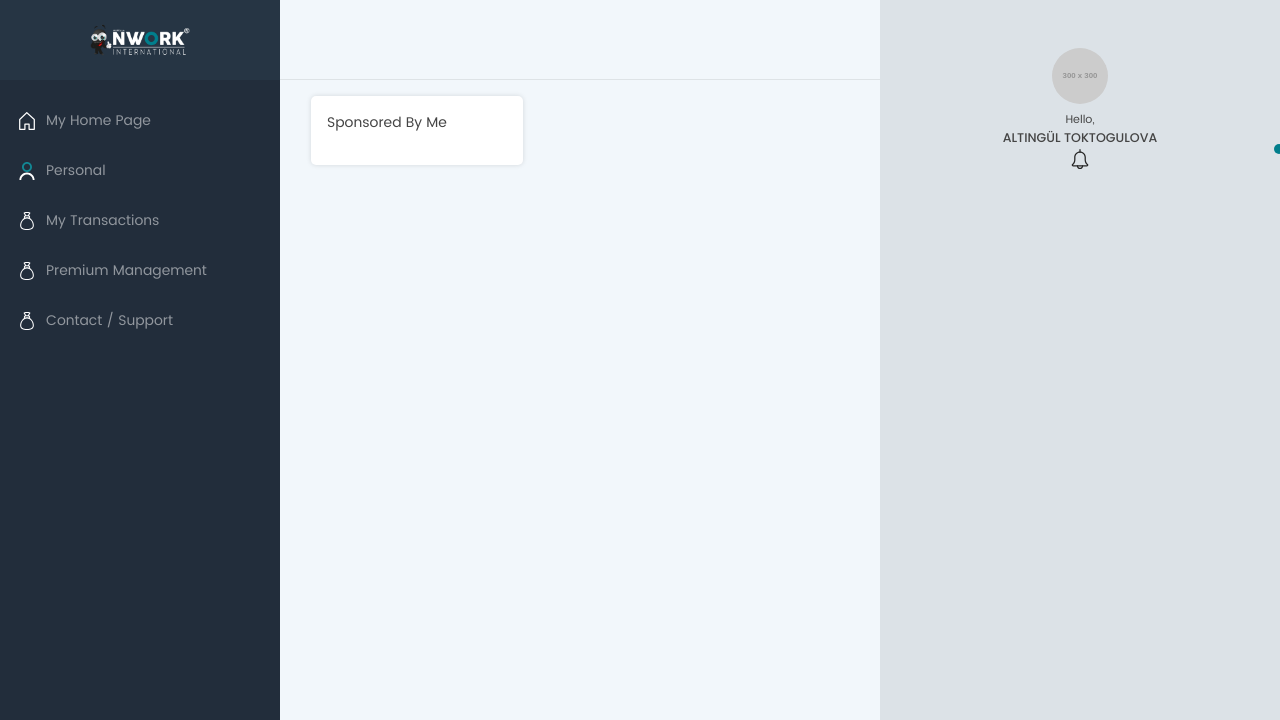
Repository: KayahanKahriman/nwork-admin
Page: index.html
These files come from the project's save history. The page is drawn as it stood at one moment and after the next save; the edit follows.
The browser window is 1280 px wide. The pictures show the whole page.
Some web fonts or font styles are not loaded; a fallback is used. The style sheet was rebuilt from its Sass, Less or Tailwind sources for each picture, by a compiler version that may differ from the author's.

Above is the page before, as saved 2021-06-09 16:12:20.

### index.html
<!doctype html>
<html>

<head>
    <meta name="viewport" content="width=device-width, initial-scale=1, maximum-scale=1, user-scalable=no">
    <meta charset="utf-8" />
    <title>Başlık</title>
    <link rel="preconnect" href="https://fonts.gstatic.com">
    <link href="https://fonts.googleapis.com/css2?family=Poppins:wght@300;400;600;800&display=swap" rel="stylesheet">
    <link href="assets/css/style.css" type="text/css" rel="stylesheet" />
</head>

<body>
    <header class="d-flex align-items-center">
        <div id="header-left" class="text-center p-3 d-flex align-items-center justify-content-center">
            <a href="#">
                <img width="100" src="./assets/images/logo-white.png" alt="">
            </a>
        </div>
        <div id="header-right" class="p-3 d-flex align-items-center justify-content-end">

        </div>
    </header>
    <aside>
        <div id="accordion-menu">
            <div class="accordion-item mb-4">
                <div class="accordion-title">
                    <svg class="accordion-icon" viewBox="0 0 512 512">
                        <path d="M475.425,200.225L262.092,4.669c-6.951-6.359-17.641-6.204-24.397,0.35L36.213,200.574 c-3.449,3.348-5.399,7.953-5.399,12.758v280.889c0,9.819,7.958,17.778,17.778,17.778h148.148c9.819,0,17.778-7.959,17.778-17.778    v-130.37h82.963v130.37c0,9.819,7.958,17.778,17.778,17.778h148.148c9.819,0,17.778-7.953,17.778-17.778V213.333    C481.185,208.349,479.099,203.597,475.425,200.225z M445.629,476.444H333.037v-130.37c0-9.819-7.959-17.778-17.778-17.778H196.741    c-9.819,0-17.778,7.959-17.778,17.778v130.37H66.37V220.853L250.424,42.216l195.206,178.939V476.444z" style="fill: rgb(255, 255, 255);"></path>
                    </svg>
                    <a href="#">My Home Page</a>
                </div>
            </div>
            <div class="accordion-item mb-4">
                <div class="accordion-title">
                    <svg class="accordion-icon" viewBox="0 0 19.738 19.738">
                        <path fill="#ffffff" d="M18.18,19.738h-2c0-3.374-2.83-6.118-6.311-6.118s-6.31,2.745-6.31,6.118h-2   c0-4.478,3.729-8.118,8.311-8.118C14.451,11.62,18.18,15.26,18.18,19.738z"></path>
                        <path fill="#128794" d="M9.87,10.97c-3.023,0-5.484-2.462-5.484-5.485C4.385,2.461,6.846,0,9.87,0   c3.025,0,5.486,2.46,5.486,5.485S12.895,10.97,9.87,10.97z M9.87,2C7.948,2,6.385,3.563,6.385,5.485S7.948,8.97,9.87,8.97   c1.923,0,3.486-1.563,3.486-3.485S11.791,2,9.87,2z"></path>
                    </svg>
                    Personal
                </div>
                <ul class="accordion-ul list-unstyled mb-0">
                    <li><a href="#">Info Update and Acquittal Form</a></li>
                    <li><a href="#">My Current Movements</a></li>
                    <li><a href="#">My Bank Info</a></li>
                    <li><a href="#">Membership Info</a></li>
                    <li><a href="#">Change Password</a></li>
                </ul>
            </div>
            <div class="accordion-item mb-4">
                <div class="accordion-title">
                    <svg class="accordion-icon" viewBox="0 0 512 512">
                        <path d="M394.919,225.259c-17.828-21.933-38.208-39.407-60.58-51.973c3.664-4.335,6.555-9.418,8.422-15.083    c7.326-22.309-3.375-48.809-30.688-57.442l38.289-66.765c4.831-8.426,0.491-19.158-8.824-21.866C313.854,4.081,285.076,0,256,0    s-57.854,4.081-85.538,12.13c-9.326,2.711-13.649,13.45-8.824,21.866l38.289,66.766c-27.205,8.589-38.041,35.05-30.684,57.453    c1.861,5.65,4.751,10.73,8.426,15.067c-22.375,12.566-42.757,30.042-60.587,51.977C81.441,269.106,61,324.413,61,377    c0,109.091,87.047,135,195,135c108.029,0,195-25.953,195-135C451,324.413,430.559,269.106,394.919,225.259z M197.496,36.218    C216.633,32.087,236.238,30,256,30c19.762,0,39.367,2.087,58.504,6.218L281.471,93.82c-16.919-2.362-34.018-2.361-50.941,0.001    L197.496,36.218z M207.296,129.896c25.815-8.468,52.823-10.073,79.08-4.824c0.031,0.006,0.063,0.012,0.094,0.018    c6.12,1.228,12.199,2.826,18.213,4.799c7.861,2.591,12.157,11.094,9.58,18.941c-1.873,5.683-6.818,9.597-12.635,10.231    C286.672,154.378,271.417,152,256,152c-15.386,0-30.611,2.368-45.538,7.032c-5.907-0.608-10.864-4.55-12.721-10.188    C195.16,140.983,199.456,132.479,207.296,129.896z M256,482.2c-117.196,0-165-30.62-165-105.2    c0-45.142,18.453-94.793,49.36-132.818C172.955,204.083,214.023,182,256,182c46.206,0,86.621,26.482,115.64,62.182    C402.547,282.207,421,331.858,421,377C421,451.58,373.196,482.2,256,482.2z" style="fill: rgb(255, 255, 255);"></path>
                    </svg>
                    My Transactions
                </div>
                <ul class="accordion-ul list-unstyled mb-0">
                    <li><a href="#">My Cart</a></li>
                    <li><a href="#">Orders</a></li>
                    <li><a href="#">Invoices</a></li>
                    <li><a href="#">Credit Card Capture</a></li>
                    <li><a href="#">Payment Notification</a></li>
                </ul>
            </div>
            <div class="accordion-item mb-4">
                <div class="accordion-title">
                    <svg class="accordion-icon" viewBox="0 0 512 512">
                        <path d="M394.919,225.259c-17.828-21.933-38.208-39.407-60.58-51.973c3.664-4.335,6.555-9.418,8.422-15.083    c7.326-22.309-3.375-48.809-30.688-57.442l38.289-66.765c4.831-8.426,0.491-19.158-8.824-21.866C313.854,4.081,285.076,0,256,0    s-57.854,4.081-85.538,12.13c-9.326,2.711-13.649,13.45-8.824,21.866l38.289,66.766c-27.205,8.589-38.041,35.05-30.684,57.453    c1.861,5.65,4.751,10.73,8.426,15.067c-22.375,12.566-42.757,30.042-60.587,51.977C81.441,269.106,61,324.413,61,377    c0,109.091,87.047,135,195,135c108.029,0,195-25.953,195-135C451,324.413,430.559,269.106,394.919,225.259z M197.496,36.218    C216.633,32.087,236.238,30,256,30c19.762,0,39.367,2.087,58.504,6.218L281.471,93.82c-16.919-2.362-34.018-2.361-50.941,0.001    L197.496,36.218z M207.296,129.896c25.815-8.468,52.823-10.073,79.08-4.824c0.031,0.006,0.063,0.012,0.094,0.018    c6.12,1.228,12.199,2.826,18.213,4.799c7.861,2.591,12.157,11.094,9.58,18.941c-1.873,5.683-6.818,9.597-12.635,10.231    C286.672,154.378,271.417,152,256,152c-15.386,0-30.611,2.368-45.538,7.032c-5.907-0.608-10.864-4.55-12.721-10.188    C195.16,140.983,199.456,132.479,207.296,129.896z M256,482.2c-117.196,0-165-30.62-165-105.2    c0-45.142,18.453-94.793,49.36-132.818C172.955,204.083,214.023,182,256,182c46.206,0,86.621,26.482,115.64,62.182    C402.547,282.207,421,331.858,421,377C421,451.58,373.196,482.2,256,482.2z" style="fill: rgb(255, 255, 255);"></path>
                    </svg>
                    Premium Management
                </div>
                <ul class="accordion-ul list-unstyled mb-0">
                    <li><a href="#">My Orders</a></li>
                    <li><a href="#">My Premiums</a></li>
                    <li><a href="#">My Clients</a></li>
                    <li><a href="#">Binary Tree</a></li>
                    <li><a href="#">Reference Tree</a></li>
                    <li><a href="#">Binary Turnover Movements</a></li>
                    <li><a href="#">Premium Reference</a></li>
                </ul>
            </div>
            <div class="accordion-item mb-4">
                <div class="accordion-title">
                    <svg class="accordion-icon" viewBox="0 0 512 512">
                        <path d="M394.919,225.259c-17.828-21.933-38.208-39.407-60.58-51.973c3.664-4.335,6.555-9.418,8.422-15.083    c7.326-22.309-3.375-48.809-30.688-57.442l38.289-66.765c4.831-8.426,0.491-19.158-8.824-21.866C313.854,4.081,285.076,0,256,0    s-57.854,4.081-85.538,12.13c-9.326,2.711-13.649,13.45-8.824,21.866l38.289,66.766c-27.205,8.589-38.041,35.05-30.684,57.453    c1.861,5.65,4.751,10.73,8.426,15.067c-22.375,12.566-42.757,30.042-60.587,51.977C81.441,269.106,61,324.413,61,377    c0,109.091,87.047,135,195,135c108.029,0,195-25.953,195-135C451,324.413,430.559,269.106,394.919,225.259z M197.496,36.218    C216.633,32.087,236.238,30,256,30c19.762,0,39.367,2.087,58.504,6.218L281.471,93.82c-16.919-2.362-34.018-2.361-50.941,0.001    L197.496,36.218z M207.296,129.896c25.815-8.468,52.823-10.073,79.08-4.824c0.031,0.006,0.063,0.012,0.094,0.018    c6.12,1.228,12.199,2.826,18.213,4.799c7.861,2.591,12.157,11.094,9.58,18.941c-1.873,5.683-6.818,9.597-12.635,10.231    C286.672,154.378,271.417,152,256,152c-15.386,0-30.611,2.368-45.538,7.032c-5.907-0.608-10.864-4.55-12.721-10.188    C195.16,140.983,199.456,132.479,207.296,129.896z M256,482.2c-117.196,0-165-30.62-165-105.2    c0-45.142,18.453-94.793,49.36-132.818C172.955,204.083,214.023,182,256,182c46.206,0,86.621,26.482,115.64,62.182    C402.547,282.207,421,331.858,421,377C421,451.58,373.196,482.2,256,482.2z" style="fill: rgb(255, 255, 255);"></path>
                    </svg>
                    Contact / Support
                </div>
                <ul class="accordion-ul list-unstyled mb-0">
                    <li><a href="#">Documents</a></li>
                </ul>
            </div>
        </div>
    </aside>
    <main class="p-3">
        <div class="container-fluid">
            <div class="row">
                <div class="col-3">
                    <div class="white-box shadow-box p-3">
                        <p>Sponsored By Me</p>
                    </div>
                </div>
            </div>
        </div>
    </main>
    <section id="user-aside" class="text-center py-5">
        <div id="user-image">
            <img src="//via.placeholder.com/300x300" alt="">
        </div>

        <div id="user" class="mt-2">
            <span>Hello,</span>
            <p class="mb-0">altıngül toktogulova</p>
        </div>

        <div id="icons">
            <div id="notification" class="has-notification">
                <a href="#">
                    <svg fill="#242424" width="20" height="20" viewBox="-43 0 512 512">
                        <path d="m213.332031 512c-44.117187 0-80-35.882812-80-80 0-8.832031 7.167969-16 16-16s16 7.167969 16 16c0 26.476562 21.527344 48 48 48 26.476563 0 48-21.523438 48-48 0-8.832031 7.167969-16 16-16s16 7.167969 16 16c0 44.117188-35.882812 80-80 80zm0 0"></path>
                        <path d="m389.332031 448h-352c-20.585937 0-37.332031-16.746094-37.332031-37.332031 0-10.925781 4.757812-21.269531 13.054688-28.375 32.449218-27.414063 50.945312-67.261719 50.945312-109.480469v-59.480469c0-82.34375 66.988281-149.332031 149.332031-149.332031 82.347657 0 149.335938 66.988281 149.335938 149.332031v59.480469c0 42.21875 18.496093 82.066406 50.730469 109.332031 8.511718 7.253907 13.269531 17.597657 13.269531 28.523438 0 20.585937-16.746094 37.332031-37.335938 37.332031zm-176-352c-64.703125 0-117.332031 52.628906-117.332031 117.332031v59.480469c0 51.644531-22.632812 100.414062-62.078125 133.757812-.75.640626-1.921875 1.964844-1.921875 4.097657 0 2.898437 2.433594 5.332031 5.332031 5.332031h352c2.902344 0 5.335938-2.433594 5.335938-5.332031 0-2.132813-1.175781-3.457031-1.878907-4.054688-39.488281-33.386719-62.121093-82.15625-62.121093-133.800781v-59.480469c0-64.703125-52.628907-117.332031-117.335938-117.332031zm0 0"></path>
                        <path d="m213.332031 96c-8.832031 0-16-7.167969-16-16v-64c0-8.832031 7.167969-16 16-16s16 7.167969 16 16v64c0 8.832031-7.167969 16-16 16zm0 0"></path>
                    </svg>
                    <i></i>
                </a>
            </div>
        </div>
    </section>
    <script type="text/javascript" src="assets/js/index.js"></script>
    <script type="text/javascript" src="assets/js/accordion.js"></script>
</body>

</html>

### assets/scss/style.scss
@import "main";

main {
  margin-left: var(--aside-width);
}

.white-box {
  background: white;
  border-radius: 5px;
  position: relative;
}

.shadow-box {
  box-shadow: 0 0 5px #00000020;
}

.box-title {
  font-weight: normal;
}

/*------------------------------------*\
    RESPONSIVE
\*------------------------------------*/

@media only screen and (min-width: 320px) {
}

@media only screen and (min-width: 480px) {
}

@media only screen and (min-width: 768px) {
}

@media only screen and (min-width: 1024px) {
}

@media only screen and (min-width: 1140px) {
}

@media only screen and (min-width: 1280px) {
}

@media only screen and (-webkit-min-device-pixel-ratio: 1.5),
  only screen and (min-resolution: 144dpi) {
}

### assets/scss/flex-grid/_flexgrid.scss
@import "functions";
@import "variables";
@import "mixins";
@import "reboot";
@import "utilities";
@import "grid";

### assets/scss/flex-grid/_mixins.scss
// Toggles
//
// Used in conjunction with global variables to enable certain theme features.

// Vendor
@import "vendor/rfs";


// Utilities
@import "mixins/breakpoints";
@import "mixins/image";
@import "mixins/hover";
@import "mixins/deprecate";
@import "mixins/text-hide";
@import "mixins/text-truncate";
@import "mixins/text-emphasis";
@import "mixins/size";


// // Layout
@import "mixins/clearfix";
@import "mixins/grid-framework";
@import "mixins/grid";
@import "mixins/float";

### assets/scss/flex-grid/mixins/_image.scss
// Image Mixins
// - Responsive image
// - Retina image


// Responsive image
//
// Keep images from scaling beyond the width of their parents.

@mixin img-fluid {
  // Part 1: Set a maximum relative to the parent
  max-width: 100%;
  // Part 2: Override the height to auto, otherwise images will be stretched
  // when setting a width and height attribute on the img element.
  height: auto;
}


// Retina image
//
// Short retina mixin for setting background-image and -size.

@mixin img-retina($file-1x, $file-2x, $width-1x, $height-1x) {
  background-image: url($file-1x);

  // Autoprefixer takes care of adding -webkit-min-device-pixel-ratio and -o-min-device-pixel-ratio,
  // but doesn't convert dppx=>dpi.
  // There's no such thing as unprefixed min-device-pixel-ratio since it's nonstandard.
  // Compatibility info: https://caniuse.com/#feat=css-media-resolution
  @media only screen and (min-resolution: 192dpi), // IE9-11 don't support dppx
    only screen and (min-resolution: 2dppx) { // Standardized
    background-image: url($file-2x);
    background-size: $width-1x $height-1x;
  }
  @include deprecate("`img-retina()`", "v4.3.0", "v5");
}

### assets/scss/flex-grid/mixins/_hover.scss
// Hover mixin and `$enable-hover-media-query` are deprecated.
//
// Originally added during our alphas and maintained during betas, this mixin was
// designed to prevent `:hover` stickiness on iOS-an issue where hover styles
// would persist after initial touch.
//
// For backward compatibility, we've kept these mixins and updated them to
// always return their regular pseudo-classes instead of a shimmed media query.
//
// Issue: https://github.com/twbs/bootstrap/issues/25195

@mixin hover {
  &:hover { @content; }
}

@mixin hover-focus {
  &:hover,
  &:focus {
    @content;
  }
}

@mixin plain-hover-focus {
  &,
  &:hover,
  &:focus {
    @content;
  }
}

@mixin hover-focus-active {
  &:hover,
  &:focus,
  &:active {
    @content;
  }
}

### assets/scss/flex-grid/mixins/_grid-framework.scss
// Framework grid generation
//
// Used only by Bootstrap to generate the correct number of grid classes given
// any value of `$grid-columns`.

@mixin make-grid-columns($columns: $grid-columns, $gutter: $grid-gutter-width, $breakpoints: $grid-breakpoints) {
  // Common properties for all breakpoints
  %grid-column {
    position: relative;
    width: 100%;
    padding-right: $gutter / 2;
    padding-left: $gutter / 2;
  }

  @each $breakpoint in map-keys($breakpoints) {
    $infix: breakpoint-infix($breakpoint, $breakpoints);

    // Allow columns to stretch full width below their breakpoints
    @for $i from 1 through $columns {
      .col#{$infix}-#{$i} {
        @extend %grid-column;
      }
    }
    .col#{$infix},
    .col#{$infix}-auto {
      @extend %grid-column;
    }

    @include media-breakpoint-up($breakpoint, $breakpoints) {
      // Provide basic `.col-{bp}` classes for equal-width flexbox columns
      .col#{$infix} {
        flex-basis: 0;
        flex-grow: 1;
        max-width: 100%;
      }
      .col#{$infix}-auto {
        flex: 0 0 auto;
        width: auto;
        max-width: 100%; // Reset earlier grid tiers
      }

      @for $i from 1 through $columns {
        .col#{$infix}-#{$i} {
          @include make-col($i, $columns);
        }
      }

      .order#{$infix}-first { order: -1; }

      .order#{$infix}-last { order: $columns + 1; }

      @for $i from 0 through $columns {
        .order#{$infix}-#{$i} { order: $i; }
      }

      // `$columns - 1` because offsetting by the width of an entire row isn't possible
      @for $i from 0 through ($columns - 1) {
        @if not ($infix == "" and $i == 0) { // Avoid emitting useless .offset-0
          .offset#{$infix}-#{$i} {
            @include make-col-offset($i, $columns);
          }
        }
      }
    }
  }
}

### assets/scss/flex-grid/mixins/_grid.scss
/// Grid system
//
// Generate semantic grid columns with these mixins.

@mixin make-container($gutter: $grid-gutter-width) {
  width: 100%;
  padding-right: $gutter / 2;
  padding-left: $gutter / 2;
  margin-right: auto;
  margin-left: auto;
}


// For each breakpoint, define the maximum width of the container in a media query
@mixin make-container-max-widths($max-widths: $container-max-widths, $breakpoints: $grid-breakpoints) {
  @each $breakpoint, $container-max-width in $max-widths {
    @include media-breakpoint-up($breakpoint, $breakpoints) {
      max-width: $container-max-width;
    }
  }
}

@mixin make-row($gutter: $grid-gutter-width) {
  display: flex;
  flex-wrap: wrap;
  margin-right: -$gutter / 2;
  margin-left: -$gutter / 2;
}

@mixin make-col-ready($gutter: $grid-gutter-width) {
  position: relative;
  // Prevent columns from becoming too narrow when at smaller grid tiers by
  // always setting `width: 100%;`. This works because we use `flex` values
  // later on to override this initial width.
  width: 100%;
  padding-right: $gutter / 2;
  padding-left: $gutter / 2;
}

@mixin make-col($size, $columns: $grid-columns) {
  flex: 0 0 percentage($size / $columns);
  // Add a `max-width` to ensure content within each column does not blow out
  // the width of the column. Applies to IE10+ and Firefox. Chrome and Safari
  // do not appear to require this.
  max-width: percentage($size / $columns);
}

@mixin make-col-offset($size, $columns: $grid-columns) {
  $num: $size / $columns;
  margin-left: if($num == 0, 0, percentage($num));
}

### assets/scss/flex-grid/_utilities.scss
@import "utilities/align";
@import "utilities/clearfix";
@import "utilities/display";
@import "utilities/flex";
@import "utilities/float";
@import "utilities/position";
@import "utilities/text";
@import "utilities/spacing";
@import "utilities/sizing";

### assets/scss/flex-grid/_grid.scss
// Container widths
//
// Set the container width, and override it for fixed navbars in media queries.

@if $enable-grid-classes {
  .container {
    @include make-container();
    @include make-container-max-widths();
  }
}

// Fluid container
//
// Utilizes the mixin meant for fixed width containers, but with 100% width for
// fluid, full width layouts.

@if $enable-grid-classes {
  .container-fluid {
    @include make-container();
  }
}

// Row
//
// Rows contain and clear the floats of your columns.

@if $enable-grid-classes {
  .row {
    @include make-row();
  }

  // Remove the negative margin from default .row, then the horizontal padding
  // from all immediate children columns (to prevent runaway style inheritance).
  .no-gutters {
    margin-right: 0;
    margin-left: 0;

    > .col,
    > [class*="col-"] {
      padding-right: 0;
      padding-left: 0;
    }
  }
}

// Columns
//
// Common styles for small and large grid columns

@if $enable-grid-classes {
  @include make-grid-columns();
}

### assets/scss/_vars.scss
$primary-color: #079ca5;
$text-color: #0d0a46;
$link-color: #0d0a46;
$bg: #f7f8fc;
$poppins-light: "Poppins-Light";
$poppins-regular: "Poppins-Regular";
$poppins-medium: "Poppins-Medium";
$poppins-bold: "Poppins-Bold";
$default-font: $poppins-regular;

### assets/scss/_colors.scss
:root {
  --primary-color: #017e8c;
  --dark-blue: #222d3b;
  --border-color: #00000015;
  --light-gray: #f9f9f9;
  --light-blue: #b4c0cd;
  --logo-bg: #263544;
  --bg-color: #f2f7fb;
  --darker-bg-color: #dce2e7;
  --text-color: #444444;
}

### assets/scss/_img.scss
@mixin img($size, $alignment) {
  width: 100%;
  height: 100%;
  object-fit: $size;
  object-position: $alignment;
}

.img-cover {
  @include img(cover, center center);
}

.img-contain {
  @include img(contain, center center);
}

### assets/scss/_sizes.scss
:root {
  --header-height: 80px;
  --aside-width: 280px;
  --user-aside-width: 400px;
  --main-width: calc((100% - var(--aside-width)) - var(--user-aside-width));
}

### assets/scss/_header.scss
header {
  height: var(--header-height);
  #header-left {
    width: var(--aside-width);
    background: var(--logo-bg);
    height: 100%;
  }
  #header-right {
    width: var(--main-width);
    border-bottom: 1px solid var(--border-color);
    height: 100%;
  }
}

### assets/scss/_aside.scss
aside {
  width: var(--aside-width);
  height: 100vh;
  background: var(--dark-blue);
  position: fixed;
}

### assets/scss/_user-aside.scss
#user-aside {
  width: var(--user-aside-width);
  position: fixed;
  top: 0;
  right: 0;
  background: var(--darker-bg-color);
  height: 100vw;
}

#user-image {
  img {
    border-radius: 50%;
    width: 4em;
    height: 4em;
  }
}

#user {
  span {
    font-style: normal;
    display: block;
    font-size: 0.8em;
  }
  p {
    font-size: 0.9em;
    font-family: $poppins-medium;
    text-transform: uppercase;
  }
}
.has-notification {
  position: relative;
  i {
    background: var(--primary-color);
    width: 10px;
    height: 10px;
    border-radius: 50%;
    position: absolute;
    top: -4px;
    right: -4px;
  }
}

### assets/scss/_accordion-menu.scss
#accordion-menu {
  padding: 30px 0;
}

.accordion-item {
  padding: 0 15px;
  border-left: 3px solid transparent;
  transition: all 0.3s ease-in-out;
  max-height: 30px;
  overflow: hidden;
}

.accordion-active-item {
  border-color: var(--primary-color);
  transition: all 0.3s ease-in-out;
  max-height: 1000px;
}

.accordion-icon {
  width: 18px;
  height: 18px;
}

.accordion-title {
  display: flex;
  align-items: center;
  column-gap: 10px;
  margin-bottom: 5px;
  cursor: pointer;
  color: #ffffff80;
  transition: all 0.2s ease-in-out;

  &:hover {
    color: #ffffff;
    a {
      color: #ffffff;
    }
  }

  a {
    color: #ffffff80;
    transition: all 0.2s ease-in-out;
  }

  &.accordion-active {
    color: white;
  }
}

.accordion-ul {
  overflow: hidden;
  padding-left: 25px;
  transition: all 0.3s ease-in-out;
  max-height: 0;
  transform: scaleY(0);
  transform-origin: top left;
  li {
    a {
      background-image: url("data:[embedded picture, 478 characters]");
      background-repeat: no-repeat;
      background-size: 10px 10px;
      background-position: 0 11px;
      display: block;
      padding: 8px 0 8px 15px;
      font-size: 0.9em;
      color: #ffffff80;
      transition: all 0.2s ease-in-out;

      &:hover {
        color: white;
      }
    }
  }
}

.accordion-toggle {
  max-height: 100%;
  transition: all 0.3s ease-in-out;
  transform: scaleY(1);
}

Loaded but not shown: assets/scss/flex-grid/vendor/_rfs.scss (common file); assets/scss/flex-grid/mixins/_deprecate.scss (common file); assets/scss/flex-grid/mixins/_text-hide.scss (common file); assets/scss/flex-grid/mixins/_text-truncate.scss (common file); assets/scss/flex-grid/mixins/_text-emphasis.scss (common file); assets/scss/flex-grid/mixins/_size.scss (common file); assets/scss/flex-grid/mixins/_clearfix.scss (common file); assets/scss/flex-grid/mixins/_float.scss (common file); assets/scss/flex-grid/utilities/_align.scss (common file); assets/scss/flex-grid/utilities/_clearfix.scss (common file); assets/scss/flex-grid/utilities/_display.scss (common file); assets/scss/flex-grid/utilities/_float.scss (common file); assets/scss/flex-grid/utilities/_position.scss (common file); assets/scss/flex-grid/utilities/_sizing.scss (common file); assets/js/accordion.js (20 lines, source omitted); assets/scss/flex-grid/_variables.scss (1123 lines, source omitted); assets/scss/flex-grid/_reboot.scss (483 lines, source omitted); assets/scss/flex-grid/mixins/_breakpoints.scss (123 lines, source omitted); assets/scss/flex-grid/utilities/_flex.scss (51 lines, source omitted); assets/scss/flex-grid/_functions.scss (86 lines, source omitted); assets/scss/flex-grid/utilities/_spacing.scss (73 lines, source omitted); assets/scss/flex-grid/utilities/_text.scss (72 lines, source omitted); assets/scss/_main.scss (112 lines, source omitted); assets/js/index.js (no copy from this time; the picture is the same without it)

After the next save:
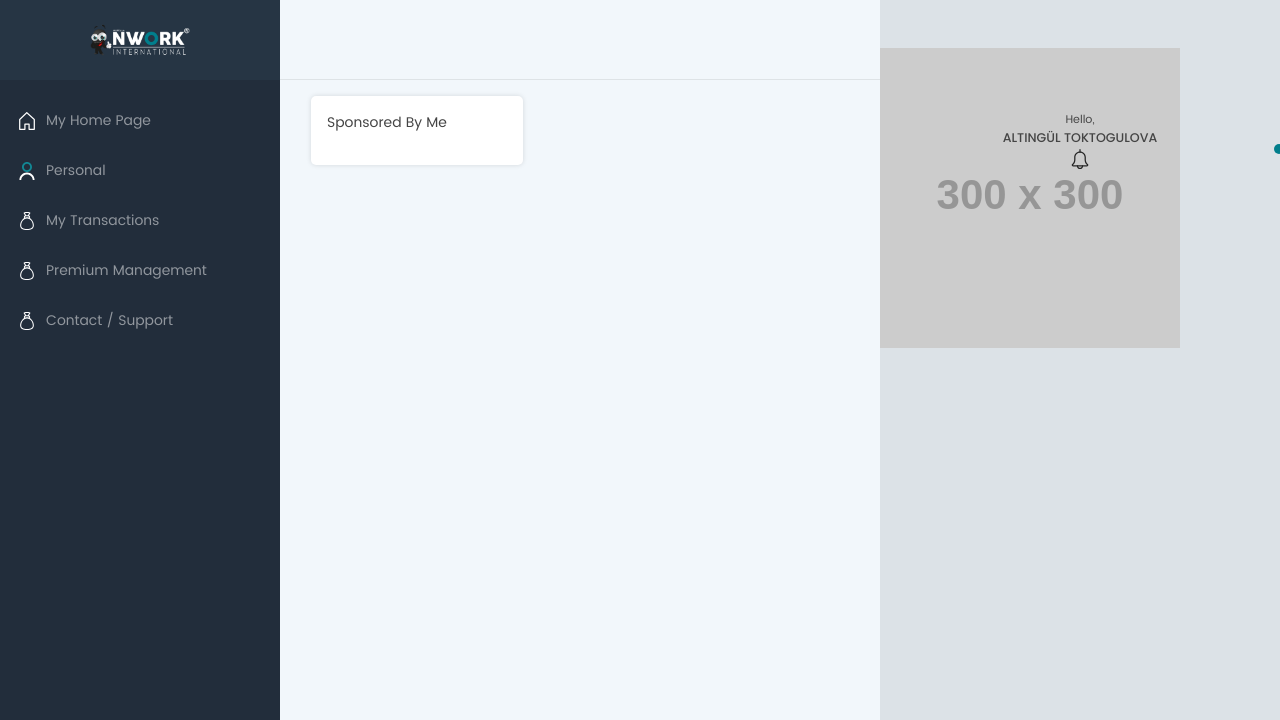
Saved 17 s later.
--- a/assets/scss/_user-aside.scss
+++ b/assets/scss/_user-aside.scss
@@ -8,11 +8,9 @@
 }
 
 #user-image {
-  img {
-    border-radius: 50%;
-    width: 4em;
-    height: 4em;
-  }
+  border-radius: 50%;
+  width: 4em;
+  height: 4em;
 }
 
 #user {
